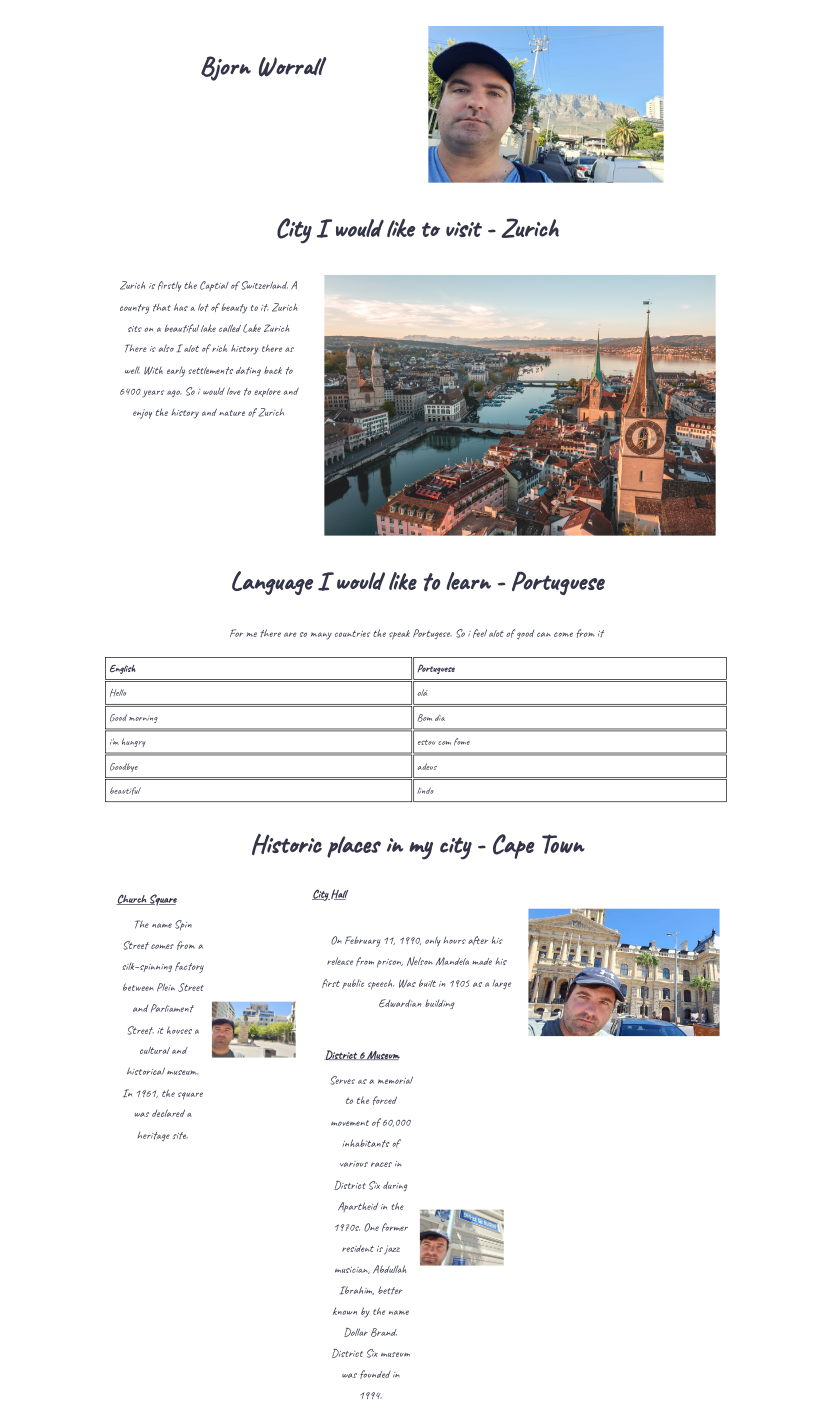
Repository: lasity34/basic-webpage
Page: my - webpage - grid.html
The author's editor kept a copy of each file at every save. The page is drawn from the files as they stood at one save, then again after the next save.
The browser window is 1280 px wide. The pictures show the whole page, at 65% of full size.

Above is the page before, as saved 2023-03-06 17:01:48.

### my - webpage - grid.html
<!DOCTYPE html>
<html lang="en">
  <link rel="stylesheet" type="text/css" href="simple-grid.css" />
  <!-- <link rel="stylesheet" type="text/css" href="styles.css" /> -->
  <link rel="preconnect" href="https://fonts.googleapis.com" />
  <link rel="preconnect" href="https://fonts.gstatic.com" crossorigin />
  <link
    href="https://fonts.googleapis.com/css2?family=Caveat&display=swap"
    rel="stylesheet"
  />

  <head>
    <meta charset="UTF-8" />
    <meta http-equiv="X-UA-Compatible" content="IE=edge" />
    <meta name="viewport" content="width=device-width, initial-scale=1.0" />
    <title>Bjorns Profile Reponsive</title>
  </head>
  <body>
    <main>
      <div class="container">
        <section class="row">
          <div class="col-6">
            <h1>Bjorn Worrall</h1>
          </div>
          <img
            class="col-5"
            src="../images/profile.jpg"
            alt="A picture of me with table Mountain at the back"
          />
        </section>
        <section class="row">
          <h1>City I would like to visit - Zurich</h1>
          <div id="city_container">
            <p class="col-4">
              Zurich is firstly the Captial of Switzerland. A country that has a
              lot of beauty to it. Zurich sits on a beautiful lake called Lake
              Zurich There is also I alot of rich history there as well. With
              early settlements dating back to 6400 years ago. So i would love
              to explore and enjoy the history and nature of Zurich
            </p>
            <img src="../images/zurich.jpg" width="100%" class="col-8" />
          </div>
        </section>
        <section id="language">
          <h1>Language I would like to learn - Portuguese</h1>
          <p>
            For me there are so many countries the speak Portugese. So i feel
            alot of good can come from it
          </p>

          <table>
            <tr>
              <th>English</th>
              <th>Portuguese</th>
            </tr>
            <tr>
              <td>Hello</td>
              <td>olá</td>
            </tr>
            <tr>
              <td>Good morning</td>
              <td>Bom dia</td>
            </tr>
            <tr>
              <td>i'm hungry</td>
              <td>estou com fome</td>
            </tr>
            <tr>
              <td>Goodbye</td>
              <td>adeus</td>
            </tr>
            <tr>
              <td>beautiful</td>
              <td>lindo</td>
            </tr>
          </table>
        </section>

        <!-- historic places -->

        <section class="row">
          <h1>Historic places in my city - Cape Town</h1>
          <div class="col-4">
            <h4>Church Square</h4>
            <div class="align">
              <p class="col-6-sm">
                The name Spin Street comes from a silk–spinning factory between
                Plein Street and Parliament Street. it houses a cultural and
                historical museum. In 1961, the square was declared a heritage
                site.
              </p>
              <img class="col-6-sm" src="../images/church_square.jpg" />
            </div>
          </div>
          <div>


          <h4>City Hall</h4>
          <div class="align">
            <img class="col-6-sm" src="../images/city_hall.jpg" />
            <div class="col-6-sm" id="places_info_hall">
              <p>
                On February 11, 1990, only hours after his release from prison,
                Nelson Mandela made his first public speech. Was built in 1905
                as a large Edwardian building
              </p>
            </div>
          </div>
        </div>
          <div class="col-4">
            <h4>District 6 Museum</h4>
            <div class="align">
              <p class="col-6-sm">
                Serves as a memorial to the forced movement of 60,000
                inhabitants of various races in District Six during Apartheid in
                the 1970s. One former resident is jazz musician, Abdullah
                Ibrahim, better known by the name Dollar Brand. District Six
                museum was founded in 1994.
              </p>
              <img class="col-6-sm" src="../images/district_6.jpg" />
            </div>
          </div>
        </section>
      </div>
    </main>
  </body>
</html>

### simple-grid.css
/**
*** SIMPLE GRID
*** (C) ZACH COLE 2016
**/

@import url(https://fonts.googleapis.com/css?family=Lato:400,300,300italic,400italic,700,700italic);

/* UNIVERSAL */

html,
body {
  height: 100%;
  width: 100%;
  margin: 0;
  padding: 0;
  left: 0;
  top: 0;
  font-size: 100%;
}

/* ROOT FONT STYLES */

* {
  font-family: "Lato", Helvetica, sans-serif;
  color: #333447;
  line-height: 1.5;
}

/* TYPOGRAPHY */

h1 {
  font-size: 2.5rem;
}

h2 {
  font-size: 2rem;
}

h3 {
  font-size: 1.375rem;
}

h4 {
  font-size: 1.125rem;
  text-align: left;
  margin: 0;
  text-decoration: underline;
}

h5 {
  font-size: 1rem;
}

h6 {
  font-size: 0.875rem;
}

p {
  font-size: 1.125rem;
  font-weight: 200;
  line-height: 1.8;
}

.font-light {
  font-weight: 300;
}

.font-regular {
  font-weight: 400;
}

.font-heavy {
  font-weight: 700;
}

/* POSITIONING */

.left {
  text-align: left;
}

.right {
  text-align: right;
}

.center {
  text-align: center;
  margin-left: auto;
  margin-right: auto;
}

.justify {
  text-align: justify;
}

/* ==== GRID SYSTEM ==== */

.container {
  width: 95%;
  margin-left: auto;
  margin-right: auto;
}

.row {
  position: relative;
  width: 100%;
}

.row [class^="col"] {
  float: left;
  margin: 0.5rem 2%;
  min-height: 0.125rem;
}



.col-1,
.col-2,
.col-3,
.col-4,
.col-5,
.col-6,
.col-7,
.col-8,
.col-9,
.col-10,
.col-11,
.col-12 {
  width: 96%;
}

.col-1-sm {
  width: 4.33%;
}

.col-2-sm {
  width: 12.66%;
}

.col-3-sm {
  width: 21%;
}

.col-4-sm {
  width: 29.33%;
}

.col-5-sm {
  width: 37.66%;
}

.col-6-sm {
  width: 46%;
}

.col-7-sm {
  width: 54.33%;
}

.col-8-sm {
  width: 62.66%;
}

.col-9-sm {
  width: 71%;
}

.col-10-sm {
  width: 79.33%;
}

.col-11-sm {
  width: 87.66%;
}

.col-12-sm {
  width: 96%;
}

.row::after {
  content: "";
  display: table;
  clear: both;
}

.hidden-sm {
  display: none;
}



@media only screen and (min-width: 45em) {
  /* 720px */
  .col-1 {
    width: 4.33%;
  }

  .col-2 {
    width: 12.66%;
  }

  .col-3 {
    width: 21%;
  }

  .col-4 {
    width: 29.33%;
  }

  .col-5 {
    width: 37.66%;
  }

  .col-6 {
    width: 46%;
  }

  .col-7 {
    width: 54.33%;
  }

  .col-8 {
    width: 62.66%;
  }

  .col-9 {
    width: 71%;
  }

  .col-10 {
    width: 79.33%;
  }

  .col-11 {
    width: 87.66%;
  }

  .col-12 {
    width: 96%;
  }

  .hidden-sm {
    display: block;
  }
}

@media only screen and (min-width: 60em) {
  /* 960px */
  .container {
    width: 95%;
    max-width: 60rem;
  }
}

* {
  font-family: "Caveat", "Arial Narrow", Arial, sans-serif;
}

main {
  max-width: 95%;
  margin: 2rem auto;
  text-align: center;
}

#profile_section {
  text-align: center;
}

table {
  margin: auto;
}

td,
th {
  border: 1px solid black;
  padding: 0.3em;
  width: 1%;
  text-align: left;
}



.align {
  display: flex;
  align-items: center;
}

.flex {
  display: flex;
}



@media (max-width: 447px) {


  .align {
    text-align: center;
    flex-direction: column;
    align-content: center;
  }



  #places_info_hall {
    order: -1;
    padding-left: 0;
  }

  .places_info,
  #places_info_hall {
    margin-bottom: 2em;
  }

  .col-5-sm,
  .col-6-sm {
    width: 100%;
  }


h4 {
  text-align: center;
}
}

@media (max-width: 800px) {
  .history_container {
    margin-bottom: 1em;
  }

  .col-6-sm {
    margin: 0.5em
  }
}

@media (min-width: 720px) {
  #places_info_hall {
    order: -1;
  }
}

After the next save:
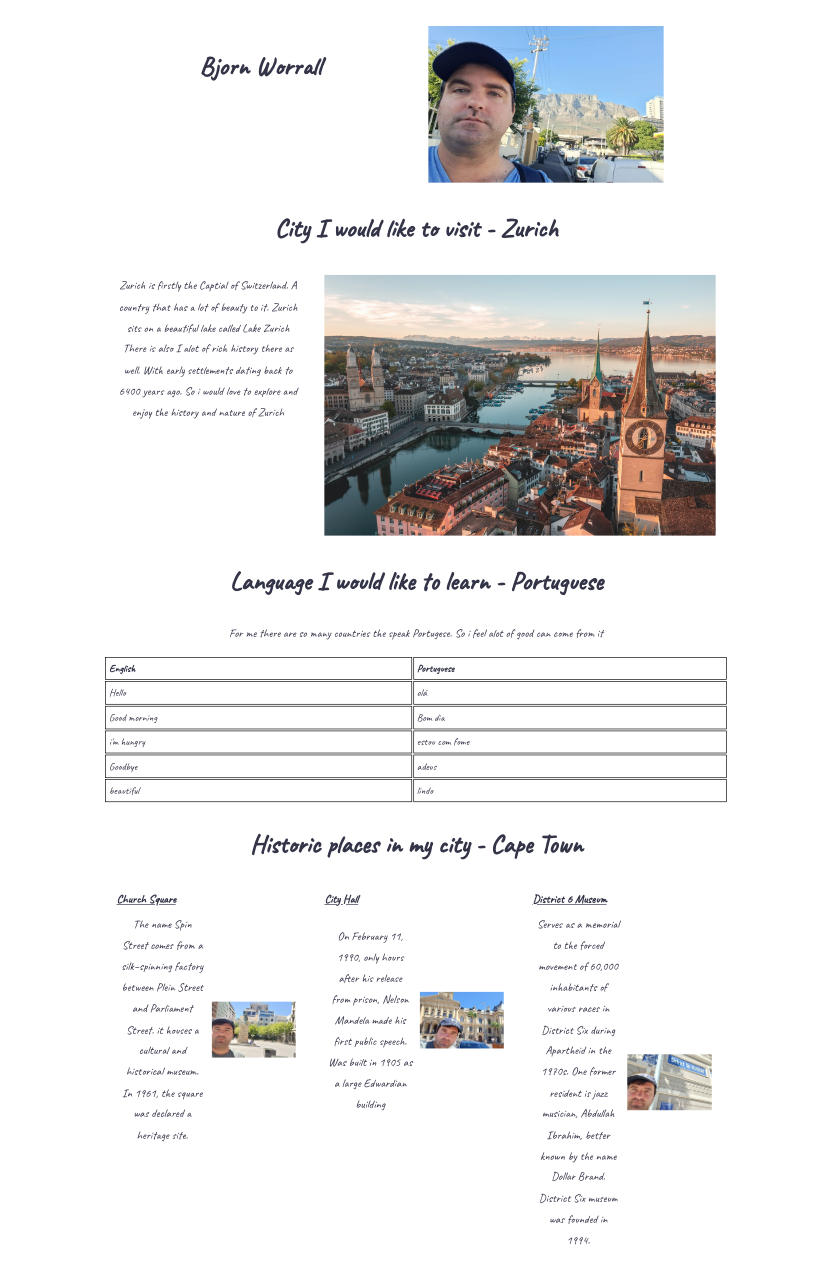
Saved 2 min 3 s later.
--- a/my - webpage - grid.html
+++ b/my - webpage - grid.html
@@ -92,21 +92,19 @@
               <img class="col-6-sm" src="../images/church_square.jpg" />
             </div>
           </div>
-          <div>
-
-
-          <h4>City Hall</h4>
-          <div class="align">
-            <img class="col-6-sm" src="../images/city_hall.jpg" />
-            <div class="col-6-sm" id="places_info_hall">
-              <p>
-                On February 11, 1990, only hours after his release from prison,
-                Nelson Mandela made his first public speech. Was built in 1905
-                as a large Edwardian building
-              </p>
+          <div class="col-4">
+            <h4>City Hall</h4>
+            <div class="align">
+              <img class="col-6-sm" src="../images/city_hall.jpg" />
+              <div class="col-6-sm" id="places_info_hall">
+                <p>
+                  On February 11, 1990, only hours after his release from
+                  prison, Nelson Mandela made his first public speech. Was built
+                  in 1905 as a large Edwardian building
+                </p>
+              </div>
             </div>
           </div>
-        </div>
           <div class="col-4">
             <h4>District 6 Museum</h4>
             <div class="align">
